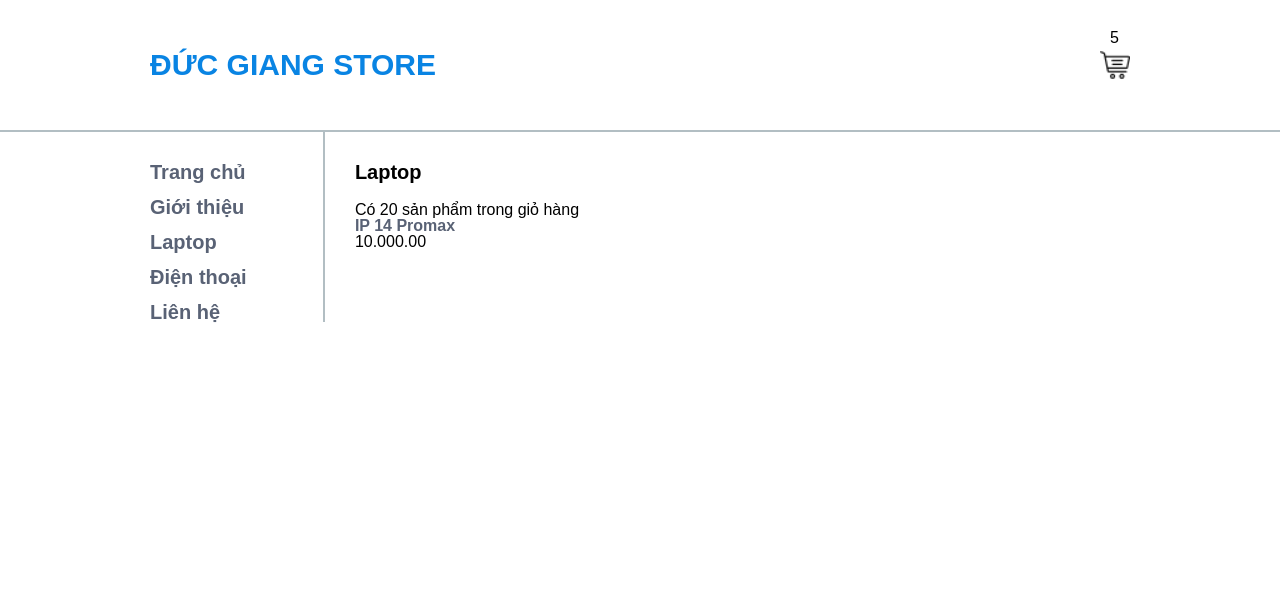
Repository: Giangattt123/PHP
Page: http://localhost/?mod=product&act=main&cat_id=2
These files come from the project's save history. The page is drawn as it stood at one moment and after the next save; the edit follows.
The browser window is 1280 px wide. The pictures show the whole page.
Some web libraries are served in a nearby version. The page is run by PHP 8.4 with error messages shown; the project is at /var/www/html/.

Above is the page before, as saved 2023-03-20 14:51:59.
Console error: TypeError: Cannot read properties of null (reading 'addEventListener')

After the next save:
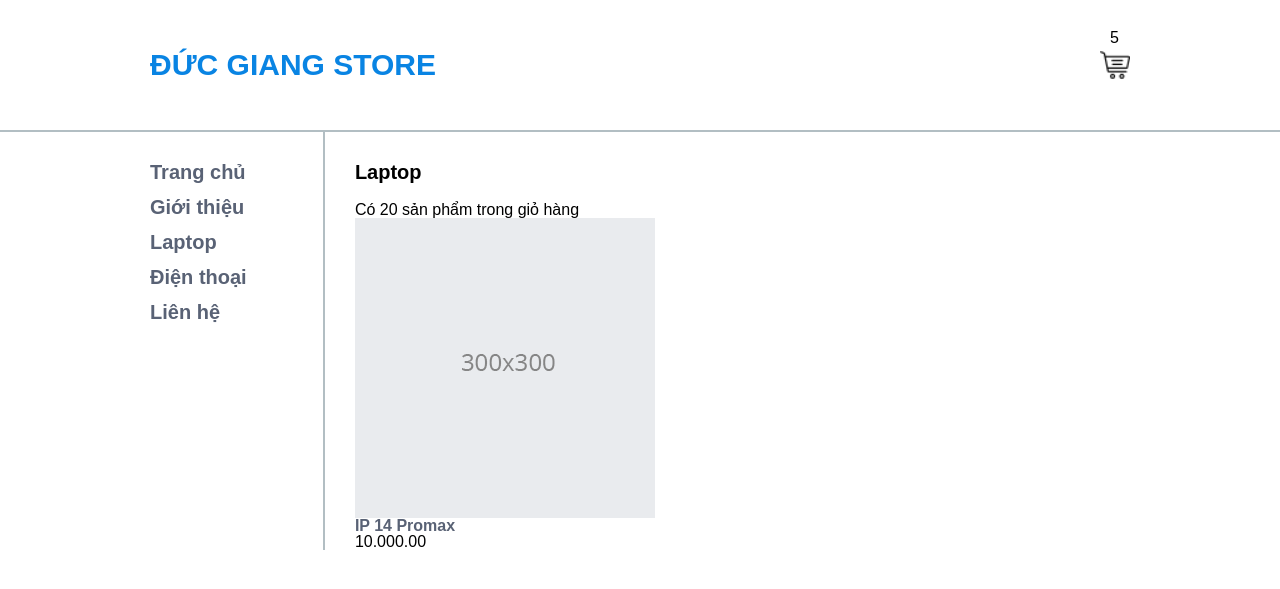
Saved 86 s later.
--- a/PHP_Shopping-Cart/Shopping_Cart/modules/product/main.php
+++ b/PHP_Shopping-Cart/Shopping_Cart/modules/product/main.php
@@ -22,7 +22,7 @@
                     <ul class="list-item clearfix">
                         <li>
                             <a href="?mod=product&act=detail&id=1" title="" class="thumb">
-                                <img src="" alt="">
+                                <img src="public/images/img-product.png" alt="">
                             </a>
                             <a href="?page=detail_product" title="" class="title">IP 14 Promax</a>
                             <p class="price">10.000.00</p>
